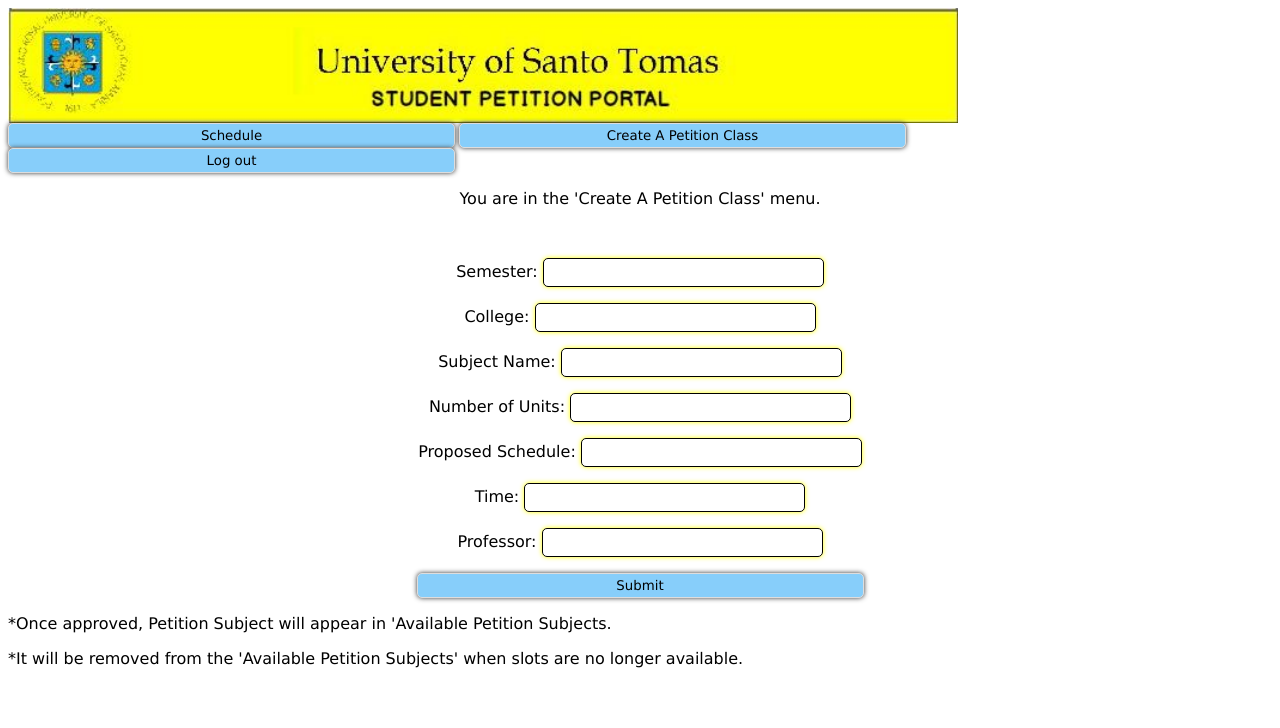
Repository: mawewatistel/PetitioningSystem
Page: http://localhost/SibuloTolentino/create.jsp
The author's editor kept a copy of each file at every save. The page is drawn from the files as they stood at one save, then again after a run of saves.
The browser window is 1280 px wide. The pictures show the whole page.
The page is served by Tomcat 9.

Above is the page before, as saved 2016-05-10 01:17:00.

After the next 2 saves:
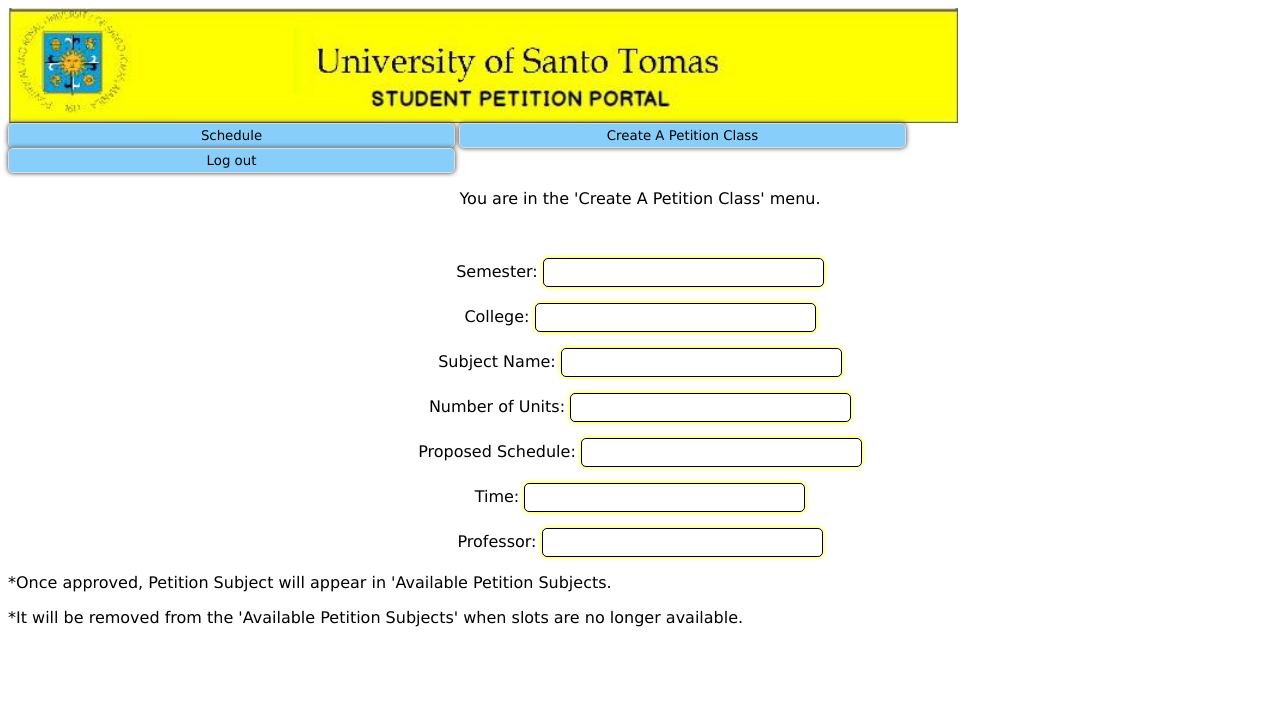
The 2 saves are shown as one change because they came seconds apart.
The last was saved 79 s later.
--- a/SibuloTolentino/WebContent/create.jsp
+++ b/SibuloTolentino/WebContent/create.jsp
@@ -8,10 +8,9 @@
 </head>
 <body>
 <form action ="petitionclasssubmit.jsp" method = "post">
-<img src ="Images\ust.jpg" alt = "No Image Found=" width = 950 height =><br>
+<img src ="Images\ust.jpg" alt = "No Image Found" width = 950 height =><br>
 <form><input type="submit" name="one" value="Schedule"/>
-
-<input type="submit" name="two"
+	<input type="submit" name="two"
 			value="Create A Petition Class" >
 <input type="submit"  name="three"value="Log out"></form>
 <% if (request.getParameter("one") != null) {
@@ -35,7 +34,6 @@
 <center><p>Proposed Schedule: <input type="text" name="propsched"/></p></center>
 <center><p>Time: <input type="text" name="time"/></p></center>
 <center><p>Professor: <input type="text" name="prof"/></p></center>
-<center><input type="submit" name="four" value="Submit"/></center></form>
 <p>*Once approved, Petition Subject will appear in 'Available Petition Subjects.</p>
 <p>*It will be removed from the 'Available Petition Subjects' when slots are no longer available.</p><br><br>
 <style>

After the save that followed:
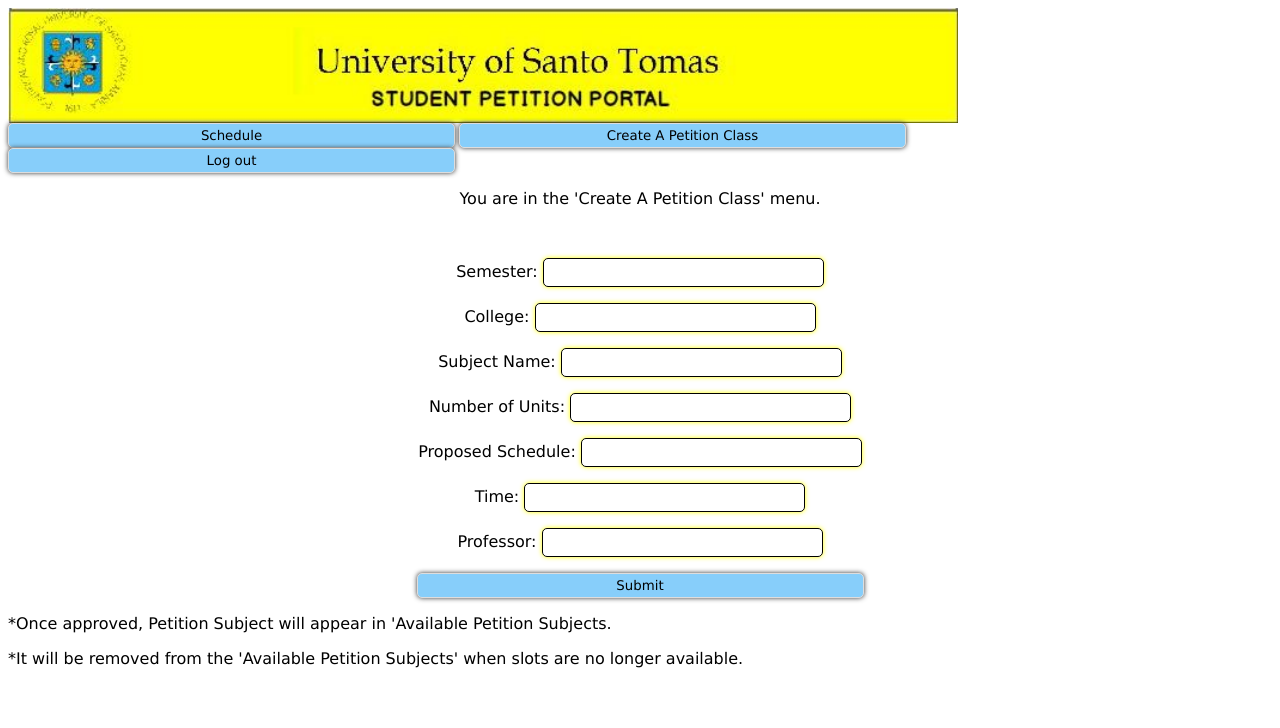
Saved 37 s later.
--- a/SibuloTolentino/WebContent/create.jsp
+++ b/SibuloTolentino/WebContent/create.jsp
@@ -34,6 +34,7 @@
 <center><p>Proposed Schedule: <input type="text" name="propsched"/></p></center>
 <center><p>Time: <input type="text" name="time"/></p></center>
 <center><p>Professor: <input type="text" name="prof"/></p></center>
+<center><form><input type="submit" name="four" value="Submit"/></center></form>
 <p>*Once approved, Petition Subject will appear in 'Available Petition Subjects.</p>
 <p>*It will be removed from the 'Available Petition Subjects' when slots are no longer available.</p><br><br>
 <style>
